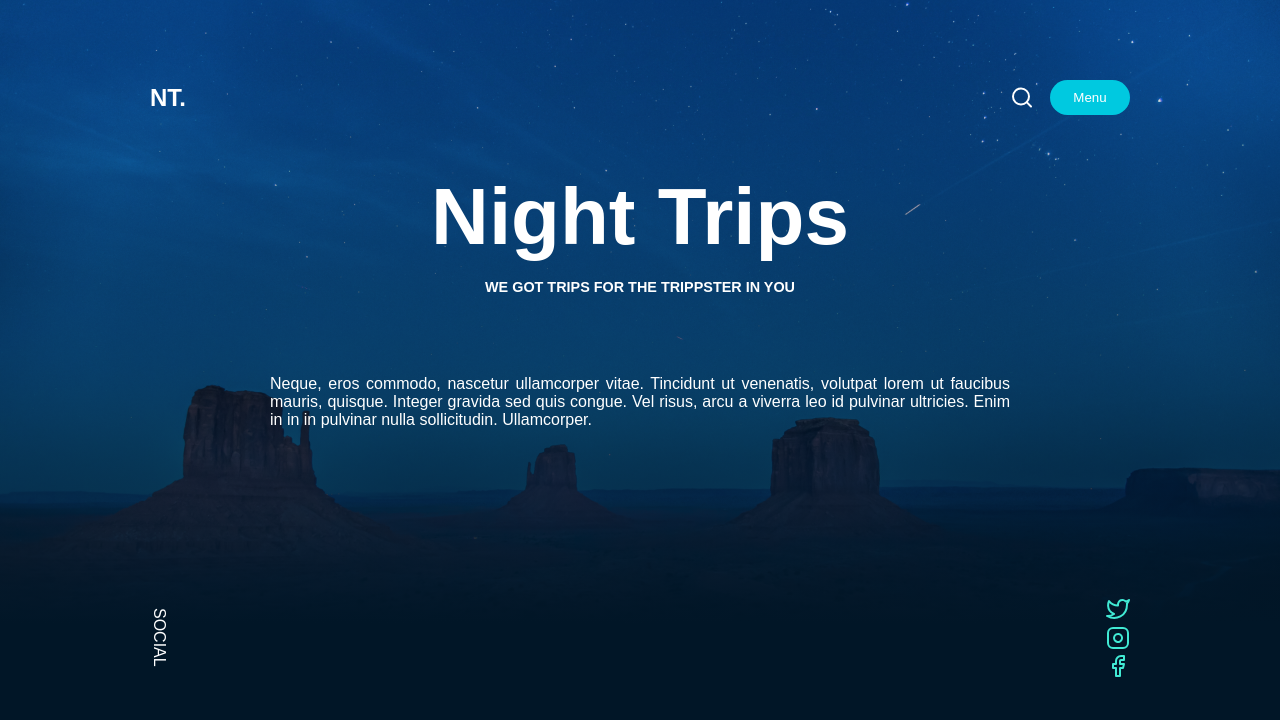
Repository: Silva-jr/night-trip
Page: index.html
These files come from the project's save history. The page is drawn as it stood at one moment and after the next save; the edit follows.
The browser window is 1280 px wide. The pictures show the whole page.

Above is the page before, as saved 2021-07-21 00:25:32.

### index.html
<!DOCTYPE html>
<html lang="en">

    <head>
        <meta charset="UTF-8">
        <meta http-equiv="X-UA-Compatible" content="IE=edge">
        <meta name="viewport" content="width=device-width, initial-scale=1.0">
        <link rel="stylesheet" href="style/style.css">
        <title>Document</title>
    </head>

    <body>
        <div class="container">
            <section class="app-content">
                <header class="header">
                    <div class="logo">
                        <h1>NT.</h1>
                    </div>
                    <div class="menu">
                        <img src="./assets/search 1.svg" alt="">
                        <button>Menu</button>
                    </div>
                </header>
                <main class="main">
                    <div class="title">
                        <h1>Night Trips</h1>
                        <h3>WE GOT TRIPS FOR THE TRIPPSTER IN YOU</h3>
                    </div>
                    <div class="subtitle">
                        <div class="teste">
                            <p>Neque, eros commodo, nascetur ullamcorper vitae. Tincidunt ut venenatis, volutpat lorem
                                ut
                                faucibus mauris, quisque. Integer gravida sed quis congue. Vel risus, arcu a viverra leo
                                id
                                pulvinar ultricies. Enim in in in pulvinar nulla sollicitudin. Ullamcorper.</p>
                        </div>

                    </div>
                </main>
                <div class="social-items">
                    <div>
                        <p>Social</p>
                    </div>
                    <div class="icon">
                        <img src="./assets/twitter 1.svg" alt="">
                        <img src="./assets/instagram 1.svg" alt="">
                        <img src="/assets/facebook 1.svg" alt="">
                    </div>
                </div>
            </section>

        </div>

    </body>

</html>

### style/style.css
* {
    box-sizing: border-box;
    margin    : 0;
    padding   : 0;
}

html {
    height    : 100%;
    /* fix height to 100% for IE */
    max-height: 100%;
    /* fix height for other browsers */
    /*overflow:hidden; /*get rid of scroll bars in IE */
    overflow-x: hidden;
    transition: 0.3s;
}

html,
body {
    scroll-behavior: smooth;
    height         : 100%;
    max-height     : 100%;
    height         : 100vh;
    font-family    : "Roboto", sans-serif;
}

body {
    overflow               : hidden;
    font-family            : "Poppins", sans-serif;
    background-color       : var(--background-color);
    -webkit-font-smoothing : antialiased;
    -moz-osx-font-smoothing: grayscale;
}

a {
    text-decoration: none;
}

.container {

    background-image: linear-gradient(rgba(1, 22, 39, 0) 0%, #011627 86.64%, #011627 100%), url("../assets/back2.png");
    height          : 100vh;
    background-size : cover;
    overflow        : auto;
}

.app-content {
    width    : 100%;
    height   : 100vh;
    margin   : 0 auto;
    max-width: 1140px;
    padding  : 5rem;
}

.header {
    width          : 100%;
    height         : auto;
    display        : flex;
    align-items    : center;
    justify-content: space-between;
}

.logo {
    color: #fff;
}

.menu {
    display: flex;
}

.menu img {
    margin-right: 1rem;
}

.menu button {
    background-color: #00C9E0;
    color           : #fff;
    border          : none;
    width           : 5rem;
    height          : 2.2rem;
    border-radius   : 4rem;
    cursor          : pointer;
}

.main {
    width     : 100%;
    color     : white;
    display   : block;
    text-align: center;
    padding   : 3.5rem;
}

.title {
    width      : 100%;
    align-items: center;
}

.title h1 {
    font-size: 5rem;
}

.title h3 {
    font-size: .9rem;
    padding  : 1rem;
}

.subtitle {
    width      : 100%;
    align-items: center;
    padding    : 4rem;
}

.teste {
    text-align     : center;
    align-items    : center;
    justify-items  : center;
    justify-content: center;
    text-align     : justify;
}

.social-items {
    width          : 100%;
    height         : auto;
    display        : flex;
    align-items    : center;
    justify-content: space-between;
    padding        : 3rem 0;
    color          : #fff;
    text-transform : uppercase;
}

.social-items p{
    writing-mode: vertical-rl;
}

.icon{
    writing-mode: vertical-rl;
    pa
}

After the next save:
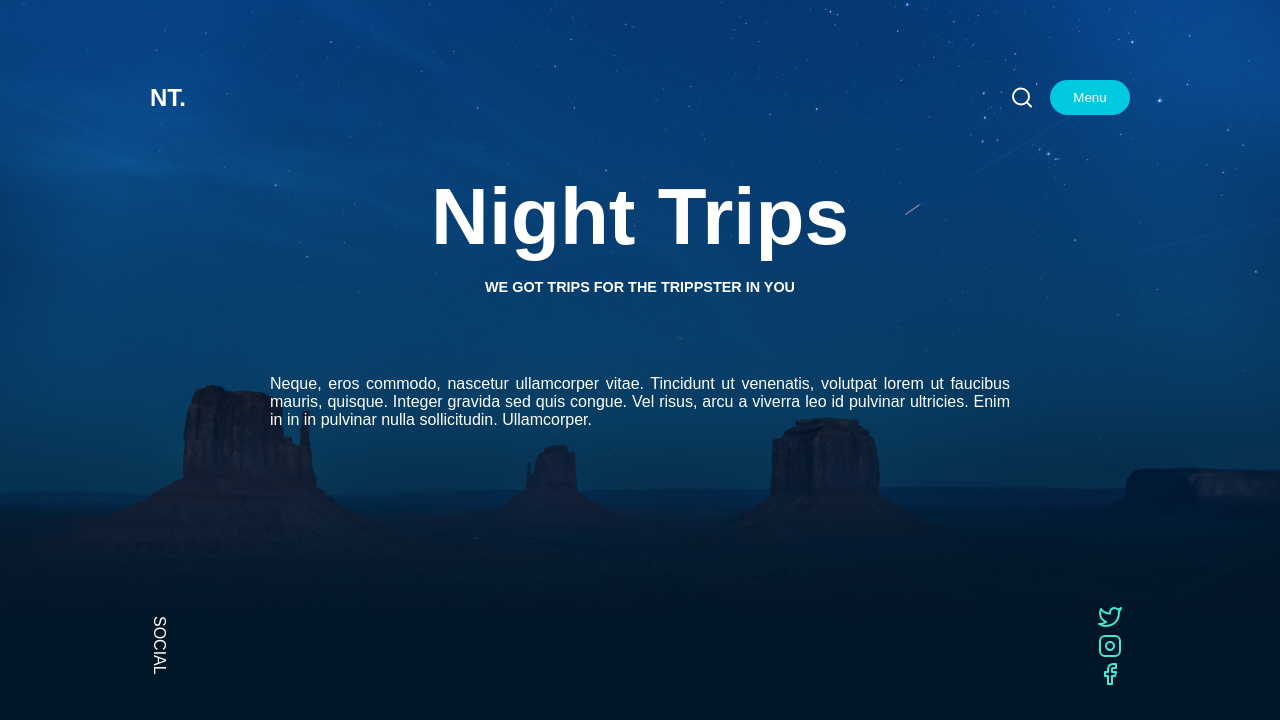
Saved 4 s later.
--- a/style/style.css
+++ b/style/style.css
@@ -134,5 +134,5 @@ a {
 
 .icon{
     writing-mode: vertical-rl;
-    pa
+    padding: .5rem;
 }
